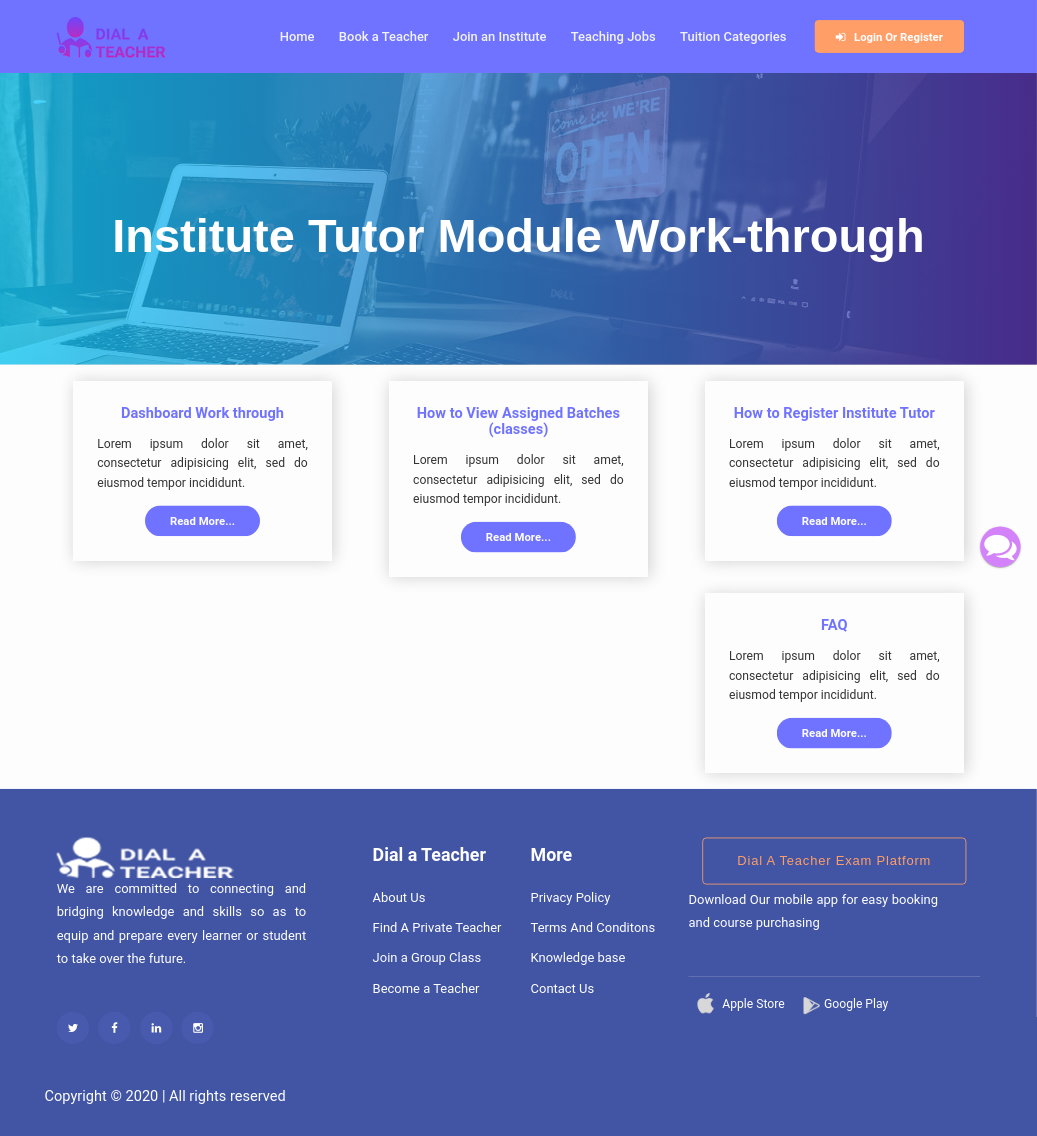
Repository: Samkiroko/DAT_knowledge
Page: ttinstDashboard.html
The author's editor kept a copy of each file at every save. The page is drawn from the files as they stood at one save, then again after the next save.
The browser window is 1280 px wide. The pictures show the whole page, at 81% of full size.

Above is the page before, as saved 2020-12-14 17:21:46.
Console error: TypeError: e.indexOf is not a function

After the next save:
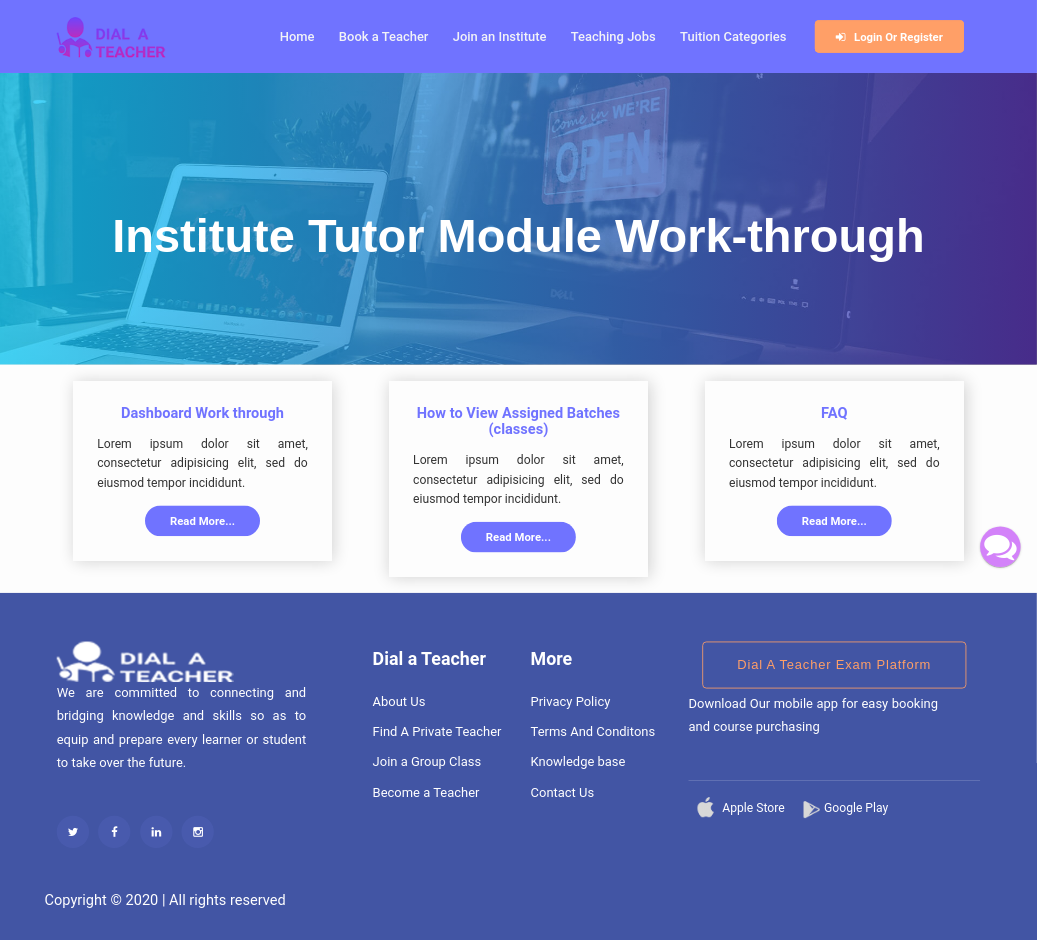
Saved 11 s later.
--- a/ttinstDashboard.html
+++ b/ttinstDashboard.html
@@ -123,15 +123,7 @@
                 more...</button>
             </a>
           </div>
-          <div class="col-lg-4 col-md-4 col-sm-6 col-xs-12">
-            <a href="category.html" class="mwb-documentation-section__lists overflow" data-aos="flip-up">
-              <h3>How to Register Institute Tutor</h3>
-              <p>Lorem ipsum dolor sit amet, consectetur adipisicing elit, sed do eiusmod tempor
-                incididunt.</p>
-              <button type="button" class="mwb-primary-btn mwb-documentation-section__btn">Read
-                more...</button>
-            </a>
-          </div>
+
           <div class="col-lg-4 col-md-4 col-sm-6 col-xs-12">
             <a href="faqMain.html" class="mwb-documentation-section__lists overflow" data-aos="flip-up">
               <h3>FAQ</h3>
